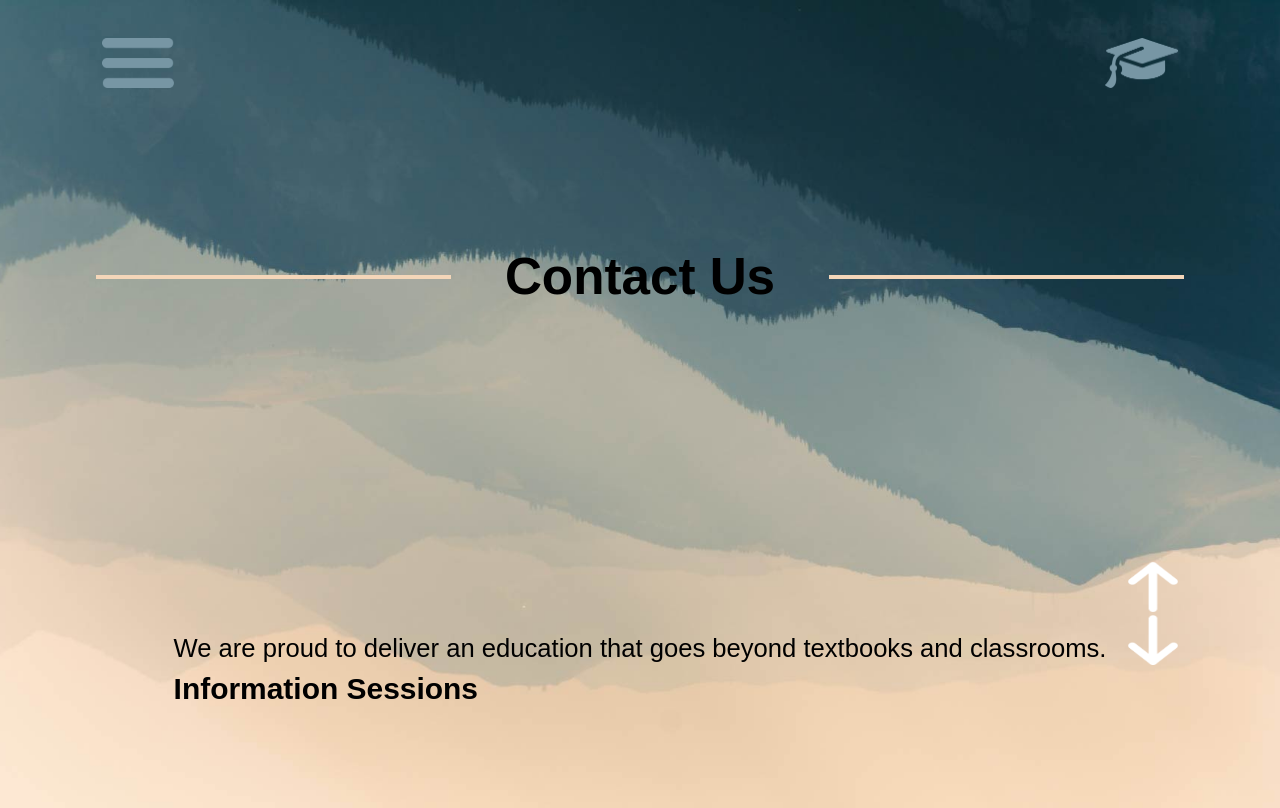
Repository: Kinakopan/playwright_bcit
Page: /contact
An editor plug-in stored every save of this project. The page is shown before and after the next save, followed by the edit.
The browser window is 1280 px wide. The pictures show the whole page.
Some web fonts or font styles are not loaded; a fallback is used. The project was rebuilt for these pictures with package versions that can differ from the ones it lists, and the page was loaded fresh each time. The framework's server and built-in components were replaced by stand-ins that run in the browser. Also part of the build but not shown: next.config.js.

Above is the page before, as saved 2023-01-28 15:43:23.

After the next save:
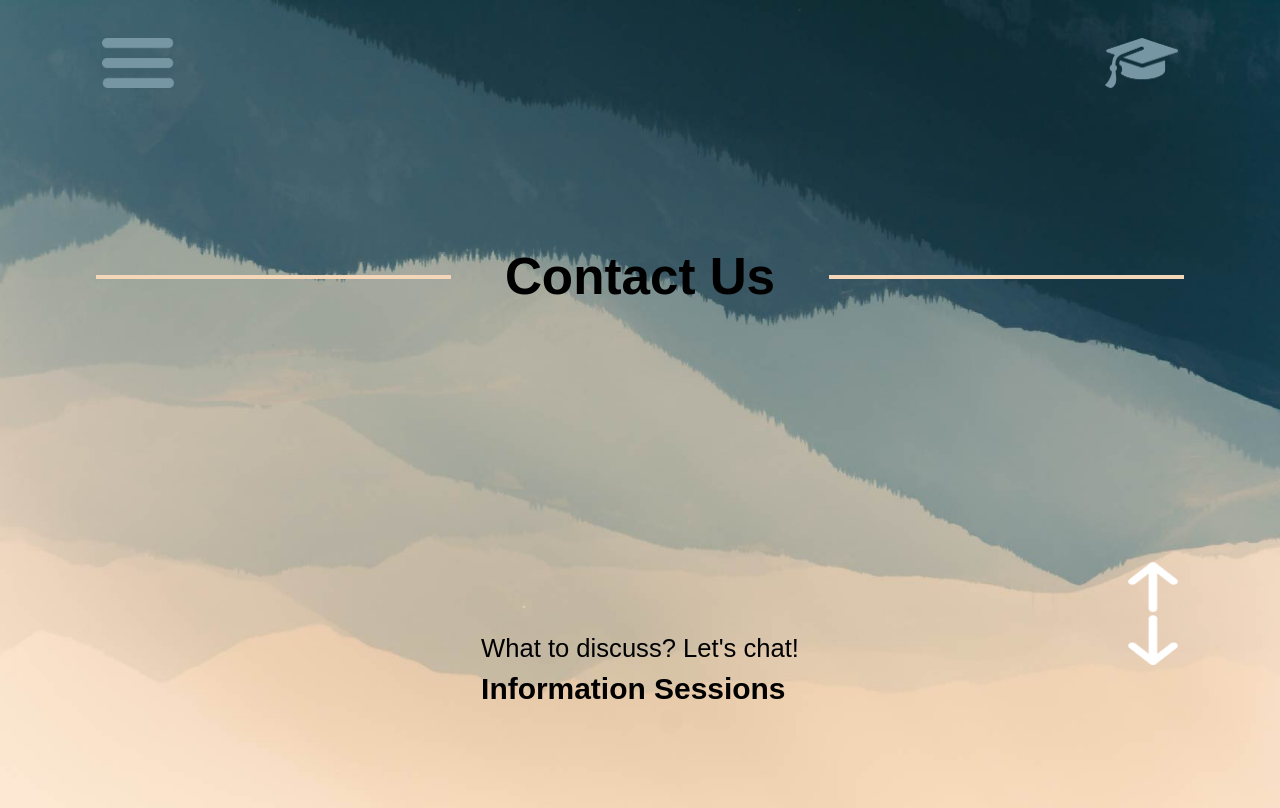
Saved 17 min 35 s later.
--- a/pages/contact.js
+++ b/pages/contact.js
@@ -23,8 +23,7 @@ export default function Contact() {
 
             <div className={`${styles.cont_section} ${styles.cont_section1}`}>
               <p className={styles.text_body}>
-                We are proud to deliver an education that goes beyond textbooks
-                and classrooms.
+                What to discuss? Let's chat!
               </p>
 
               <h3 className={styles.text_heading2}>Information Sessions</h3>
